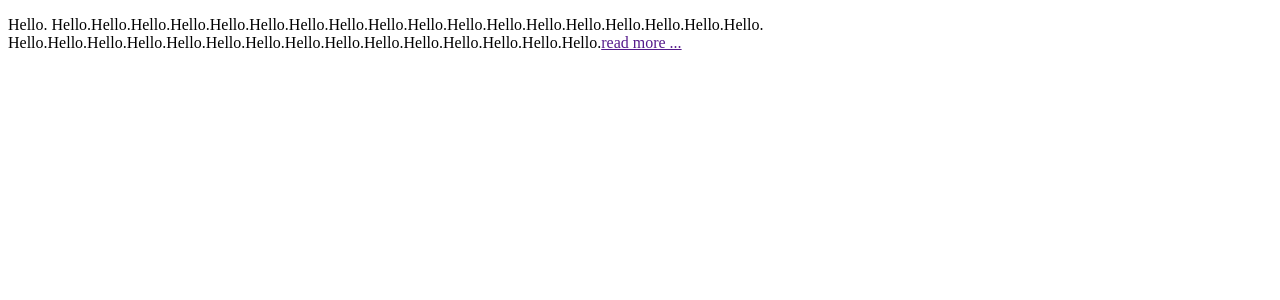
Repository: kojimayu/dotinstall-JavaScript-DOM
Page: index.html
These files come from the project's save history. The page is drawn as it stood at one moment and after the next save; the edit follows.
The browser window is 1280 px wide. The pictures show the whole page.

Above is the page before, as saved 2019-04-13 17:56:17.

After the next save:
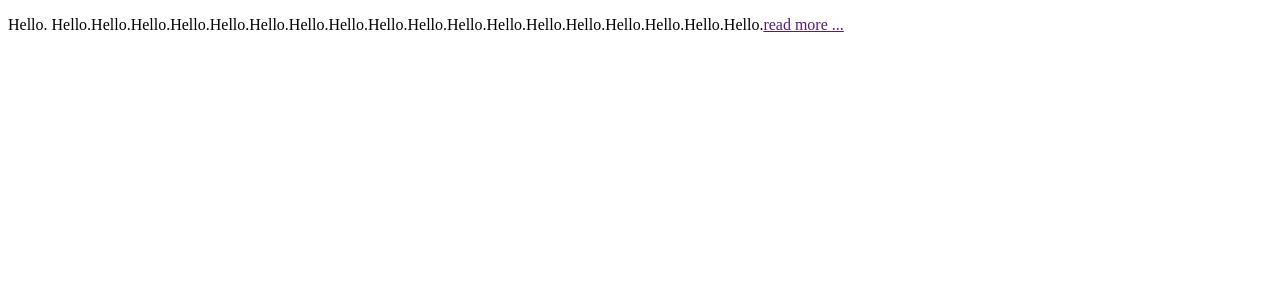
Saved 34 s later.
--- a/index.html
+++ b/index.html
@@ -5,9 +5,9 @@
   <meta charset="UTF-8">
   <title>JavaScript</title>
   <style>
-    .hidden
-    display:none;
-    </div>
+    .hidden{
+      display:none;
+    }
   </style>
 </head>
 
